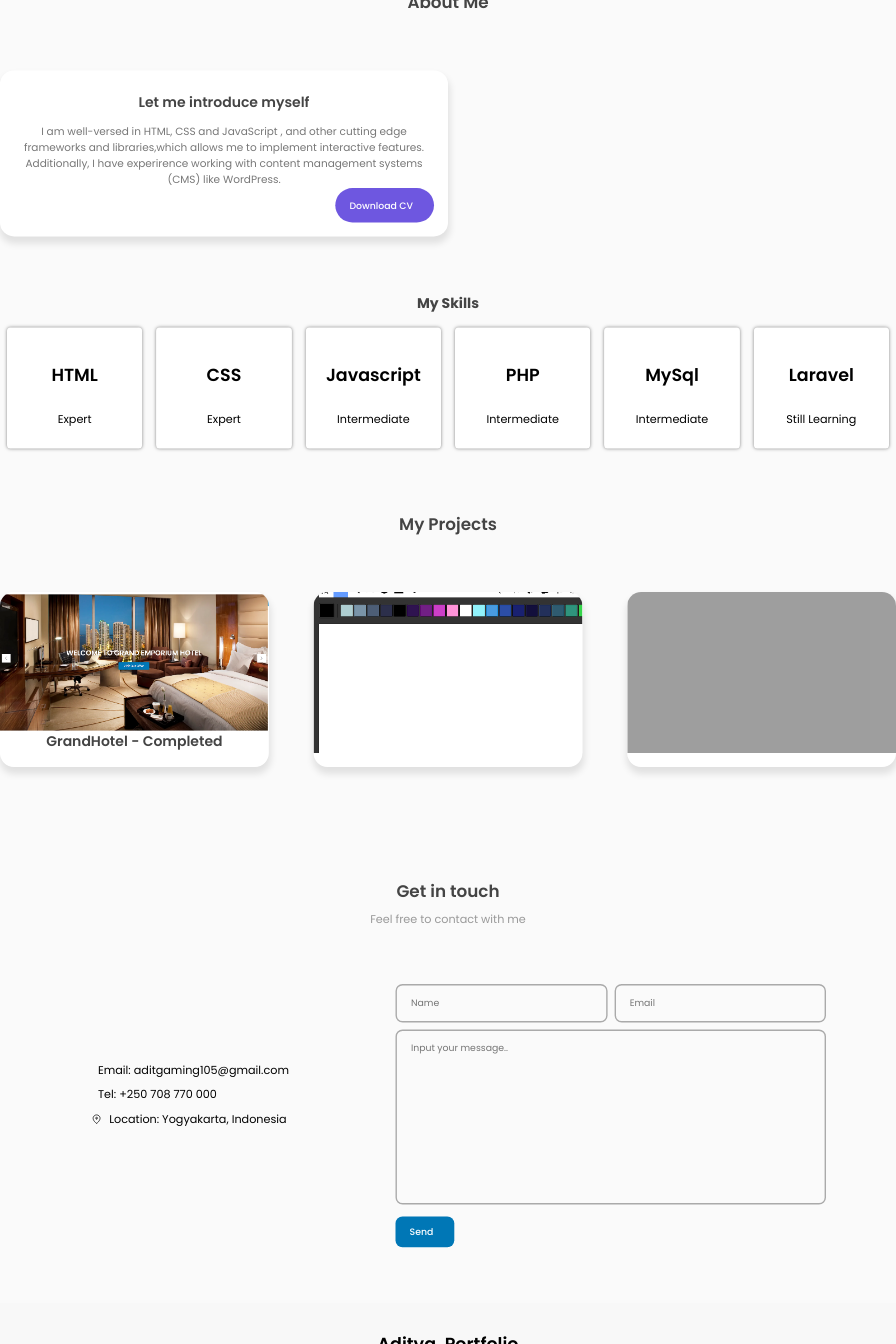
Repository: 4Kbrain/Portofolio
Page: index.html
These files come from the project's save history. The page is drawn as it stood at one moment and after a run of saves; the edit follows.
The browser window is 1280 px wide. The pictures show the part of the page from y = 814 to 2734 px (the page is 3000 px tall), at 70% of full size.
Pictures or frames that could not be fetched are drawn as grey boxes. Some icons come from a web library that is not loaded, so they are not drawn.

Above is the page before, as saved 2024-05-15 17:45:25.
Console error: ReferenceError: ScrollReveal is not defined

### index.html
<!DOCTYPE html>
<html lang="en">

<head>
    <meta charset="UTF-8">
    <meta name="viewport" content="width=device-width, initial-scale=1.0">
    <link rel="stylesheet" href="https://unicons.iconscout.com/release/v4.0.8/css/line.css">
    <link rel="stylesheet" href="assets/css/style.css">
    <link rel="shortcut icon" href="assets/img/favicon.png" type="image/x-icon">

    <title>Portfolio | Aditya</title>
</head>

<body>

    <div class="container">
        <!-- header -->
        <nav id="header">
            <div class="nav-logo">
                <a href="#home">
                    <p class="nav-name">Aditya</p>
                    <span>.</span>
                </a>
            </div>
            <div class="nav-menu" id="myNavMenu">
                <ul class="nav_menu_list">
                    <li class="nav_list">
                        <a href="#home" class="nav-link active-link">Home</a>
                        <div class="circle"></div>
                    </li>
                    <li class="nav_list">
                        <a href="#about" class="nav-link">About</a>
                        <div class="circle"></div>
                    </li>
                    <li class="nav_list">
                        <a href="#projects" class="nav-link">Projects</a>
                        <div class="circle"></div>
                    </li>
                    <li class="nav_list">
                        <a href="#contact" class="nav-link">Contact</a>
                        <div class="circle"></div>
                    </li>
                </ul>
            </div>
            <div class="nav-button">
                <a id="downloadCVButton" href="assets/CV/Aditya%20CV.pdf" download="CV.pdf" class="btn">Download CV <i
                        class="uil uil-file-alt"></i></a>
            </div>
            <div class="nav-menu-btn">
                <i class="uil uil-bars" onclick="myMenuFunction()"></i>
            </div>
        </nav>

        <!-- -------------- MAIN ---------------- -->
        <main class="wrapper">
            <!-- -------------- FEATURED BOX ---------------- -->
            <section class="featured-box" id="home">
                <div class="featured-text">
                    <div class="featured-text-card">
                        <span>Aditya Dwi Nugroho</span>
                    </div>
                    <div class="featured-name">
                        <p>I'm <span class="typedText"></span></p>
                    </div>
                    <div class="featured-text-info">
                        <p>I'm a beginner web developer with a passion for creating fully responsive websites. I'm eager to learn and grow in both front-end and back-end development.
                        </p>
                    </div>
                    <div class="featured-text-btn">
                        <button class="btn blue-btn">Contact Me</button>
                        <a id="downloadCVButton" href="assets/CV/Aditya%20CV.pdf" download="CV.pdf" class="btn">Download CV <i class="uil uil-file-alt"></i></a>

                    </div>
                    <div class="social_icons">
                        <div class="icon"><a href="https://www.instagram.com/allen.adityadn/"><i class="uil uil-instagram"></i></a></div>
                        <div class="icon"><a href="https://wa.me/0895339926715"><i class="uil uil-whatsapp"></i></a></div>
                        <div class="icon"><a href="https://github.com/4Kbrain"><i class="uil uil-github-alt"></i></a></div>

                    </div>
                </div>
                <div class="featured-image">
                    <div class="image">
                        <img src="assets/img/avatar.png" alt="avatar">
                    </div>
                </div>

    </div>

    </section>
    <!-- -------------- ABOUT BOX ---------------- -->
    <section class="section" id="about">
        <div class="top-header">
            <h1>About Me</h1>
        </div>
        <div class="row">
            <div class="col">
                <div class="about-info">
                    <h3>Let me introduce myself</h3>
                    <p>I am well-versed in HTML, CSS and JavaScript , and other cutting edge
                        frameworks and libraries,which allows me to implement interactive features.
                        Additionally, I have experirence working with content management systems (CMS) like
                        WordPress.
                    </p>
                    <div class="about-btn">
                        <a href="assets/CV/Aditya%20CV.pdf" download>
                            <button class="btn">Download CV <i class="uil uil-import"></i></button>
                          </a>

                    </div>
                </div>
            </div>
        </div>
    </section>

    <!-- Skills -->
<section class="skills" id="skills">

    <div class="skill" id="skill">
        <h1>My Skills</h1>
        <div class="content">
          <div class="flex">
            <div class="kotak" data-aos="flip-down" data-aos-delay="500">
              <div class="logo">
                <i class="fa-brands fa-html5"></i>
              </div>
              <div class="nama">HTML</div>
              <div class="ukuran">Expert</div>
            </div>
            <div class="kotak" data-aos="flip-right" data-aos-delay="500">
              <div class="logo">
                <i class="fa-brands fa-css3"></i>
              </div>
              <div class="nama">CSS</div>
              <div class="ukuran">Expert</div>
            </div>
            <div class="kotak" data-aos="flip-left" data-aos-delay="500">
              <div class="logo">
                <i class="fa-brands fa-js"></i>
              </div>
              <div class="nama">Javascript</div>
              <div class="ukuran">Intermediate</div>
            </div>
            <div class="kotak" data-aos="flip-up" data-aos-delay="500">
              <div class="logo">
                <i class="fa-brands fa-php"></i>
              </div>
              <div class="nama">PHP</div>
              <div class="ukuran">Intermediate</div>
            </div>
            <div class="kotak" data-aos="fade-up" data-aos-delay="500">
              <div class="logo">
                <i class="fa-solid fa-database"></i>
              </div>
              <div class="nama">MySql</div>
              <div class="ukuran">Intermediate</div>
            </div>
            <div class="kotak" data-aos="flip-down" data-aos-delay="500">
              <div class="logo">
                <i class="fa-brands fa-laravel"></i>
              </div>
              <div class="nama">Laravel</div>
              <div class="ukuran">Still Learning</div>
            </div>
          </div>
        </div>
      </div>

</section>



    <!-- -------------- PROJECT BOX ---------------- -->

    <section class="section" id="projects">
        <div class="top-header">
            <h1>My Projects</h1>
        </div>
        <div class="project-container">
            <div class="project-box">
                <a href=""></a>
                <img src="assets/img/GrandHotel.png" alt="Grand Hotel Project" class="project-image">
                <h3>GrandHotel - Completed</h3>
                <label class="clear">-</label>
            </div>
            <div class="project-box">
                <img src="assets/img/drawing.png" alt="2" class="project-image">
                <h3></h3>
                <label> - </label>
            </div>
            <div class="project-box">
                <img src="path/to/your/image3.jpg" alt="3" class="project-image">
                <h3></h3>
                <label> - </label>
            </div>
        </div>
    </section>



  <!-- Contact me  -->

    <section class="section" id="contact">
        <div class="top-header">
            <h1>Get in touch</h1>
            <span>Feel free to contact with me</span>
        </div>
        <div class="row">
            <div class="col">
                <div class="contact-info">
                    <p><i class="uil uil-envelope"></i> Email: aditgaming105@gmail.com</p>
                    <p><i class="uil uil-phone"></i> Tel: +250 708 770 000</p>
                    <p><svg xmlns="http://www.w3.org/2000/svg" width="1em" height="1em" viewBox="0 0 24 24"><g fill="none" stroke="currentColor" stroke-linecap="round" stroke-linejoin="round" stroke-width="1.5"><path d="M12.56 20.82a.964.964 0 0 1-1.12 0C6.611 17.378 1.486 10.298 6.667 5.182A7.592 7.592 0 0 1 12 3c2 0 3.919.785 5.333 2.181c5.181 5.116.056 12.196-4.773 15.64"/><path d="M12 12a2 2 0 1 0 0-4a2 2 0 0 0 0 4"/></g></svg>Location: Yogyakarta, Indonesia</p>
                </div>
            </div>
            <div class="col">
                <div class="form-control">
                    <div class="form-inputs">
                        <input type="text" class="input-field" placeholder="Name">
                        <input type="text" class="input-field" placeholder="Email">
                    </div>
                    <div class="text-area">
                        <textarea placeholder="Input your message.."></textarea>
                    </div>
                    <div class="form-button">
                        <button class="btn">Send <i class="uil uil-message"></i></button>
                    </div>
                </div>
            </div>
        </div>
    </section>

    </main>

    <!-- Footer -->
    <footer>
        <div class="top-footer">
            <p>Aditya. Portfolio</p>
        </div>
        <div class="middle-footer">
            <ul class="footer-menu">
                <li class="footer_menu_list">
                    <a href="#home">Home</a>
                </li>
                <li class="footer_menu_list">
                    <a href="#about">About</a>
                </li>
                <li class="footer_menu_list">
                    <a href="#projects">Projects</a>
                </li>
                <li class="footer_menu_list">
                    <a href="#contact">Contact</a>
                </li>
            </ul>
        </div>
        <div class="footer-social-icons">
            <div class="icon"><a href="https://www.instagram.com/allen.adityadn/"><i class="uil uil-instagram"></i></a></div>
            <div class="icon"><a href="https://wa.me/0895339926715"><i class="uil uil-whatsapp"></i></a></div>
            <div class="icon"><a href="https://github.com/4Kbrain"><i class="uil uil-github-alt"></i></a></div>
        </div>
        <div class="bottom-footer">
            <p>Copyright &copy; <a href="https://www.instagram.com/allen.adityadn/" style="text-decoration: none;">@allen.adityadn</a> - All rights reserved</p>
        </div>
    </footer>

    </div>

    <script src="https://unpkg.com/typed.js@2.0.16/dist/typed.umd.js"></script>
    <script src="assets/js/script.js"></script>
</body>

</html>

Loaded but not shown: assets/js/script.js (126 lines, source omitted); assets/css/style.css (741 lines, source omitted)

After the next 3 saves:
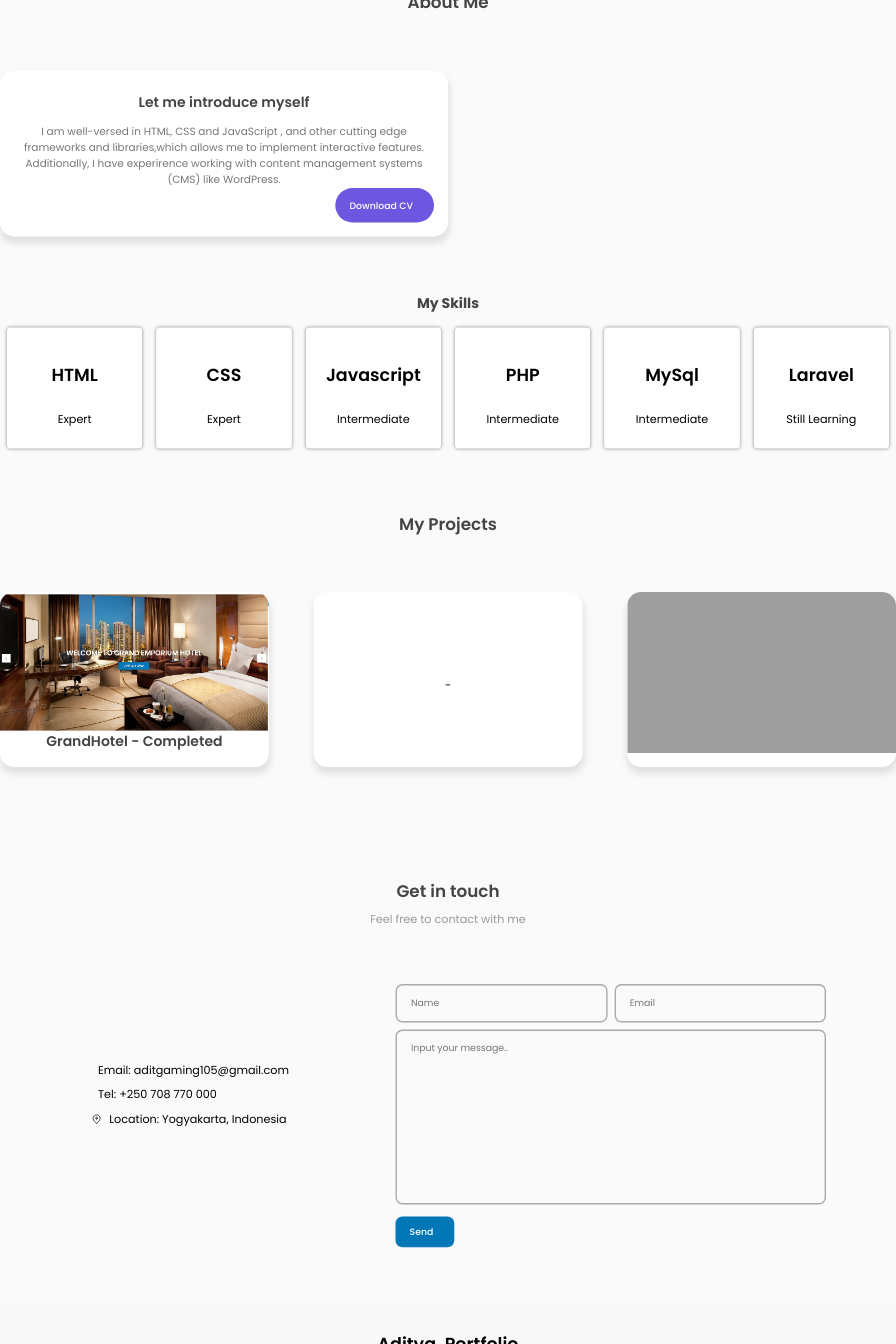
The 3 saves are shown as one change because they came seconds apart.
The last was saved 102 s later.
--- a/index.html
+++ b/index.html
@@ -183,7 +183,7 @@
                 <label class="clear">-</label>
             </div>
             <div class="project-box">
-                <img src="assets/img/drawing.png" alt="2" class="project-image">
+                <a href=""></a>
                 <h3></h3>
                 <label> - </label>
             </div>
